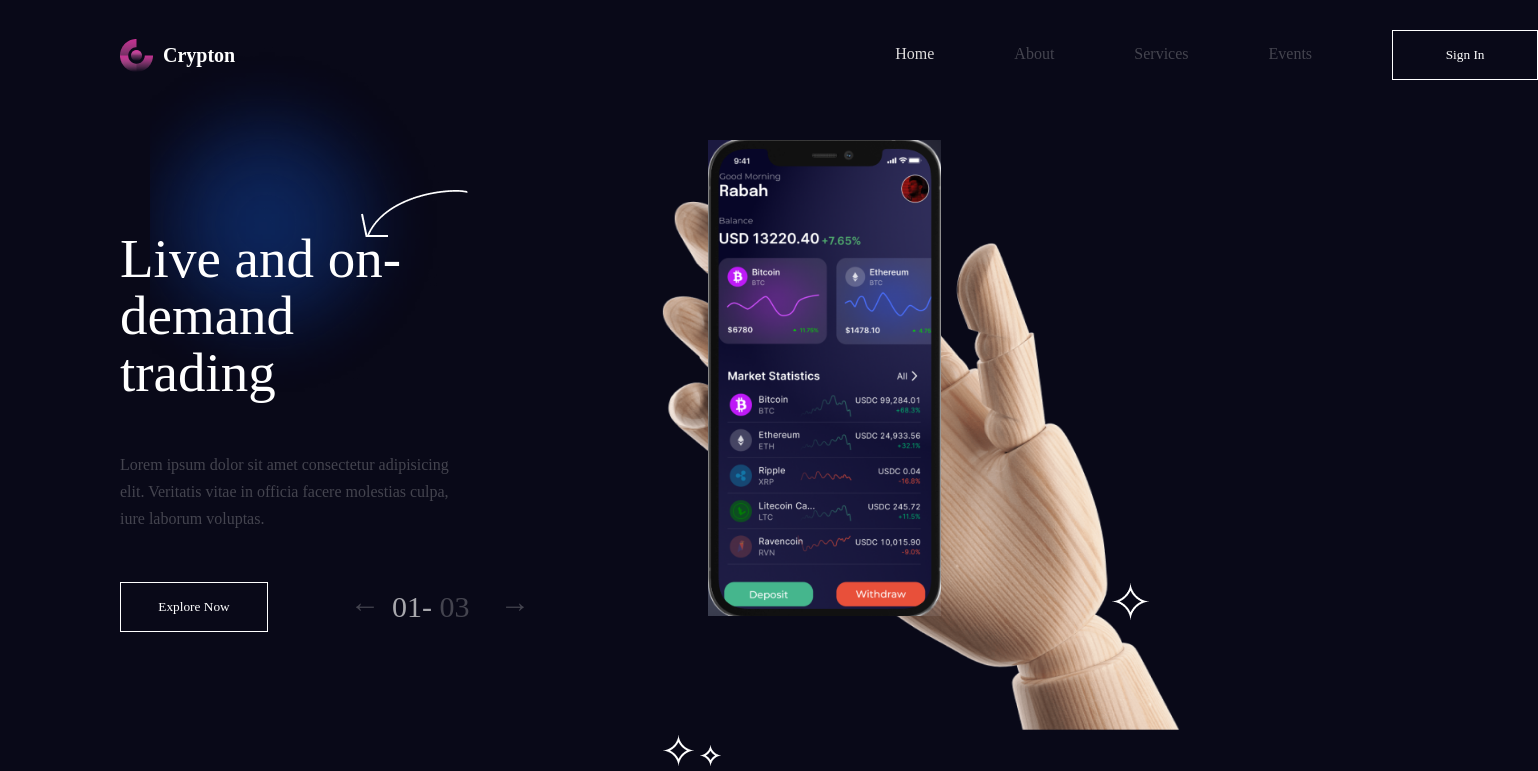
Repository: isaacCodes1/Crypton-Website
Page: index.html
These files come from the project's save history. The page is drawn as it stood at one moment and after the next save; the edit follows.
The browser window is 1280 px wide. The page is 1538 px wide, so the pictures cover 1538 px, including what lies to the right of the window. The pictures show the whole page.

Above is the page before, as saved 2024-05-14 21:12:35.

After the next save:
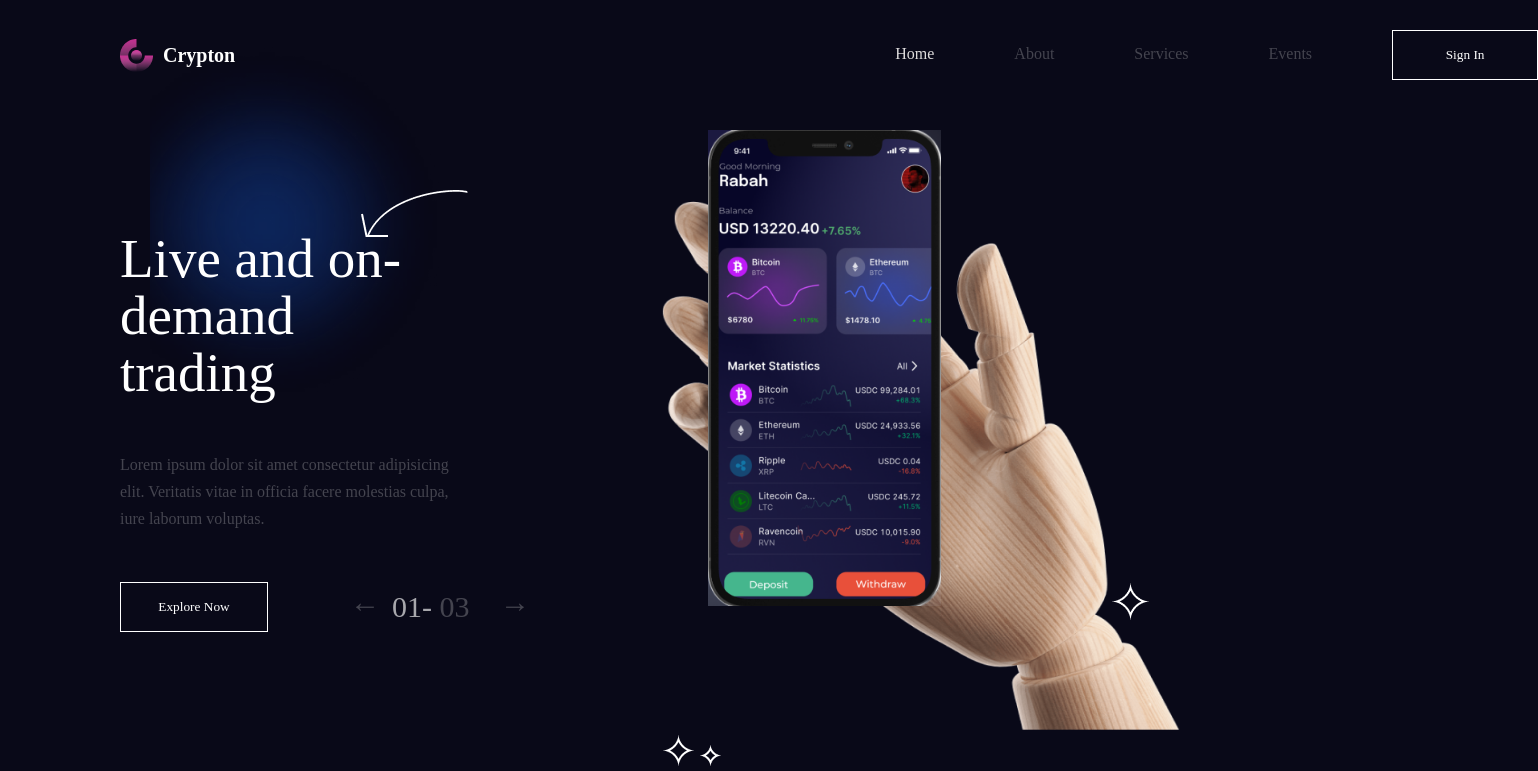
Saved 5 s later.
--- a/style.css
+++ b/style.css
@@ -144,7 +144,7 @@ body{
 .wood{
     position: absolute;
     right: 239px;
-    top: -50px;
+    top: -60px;
     width: 45%;
 }
 .five{
